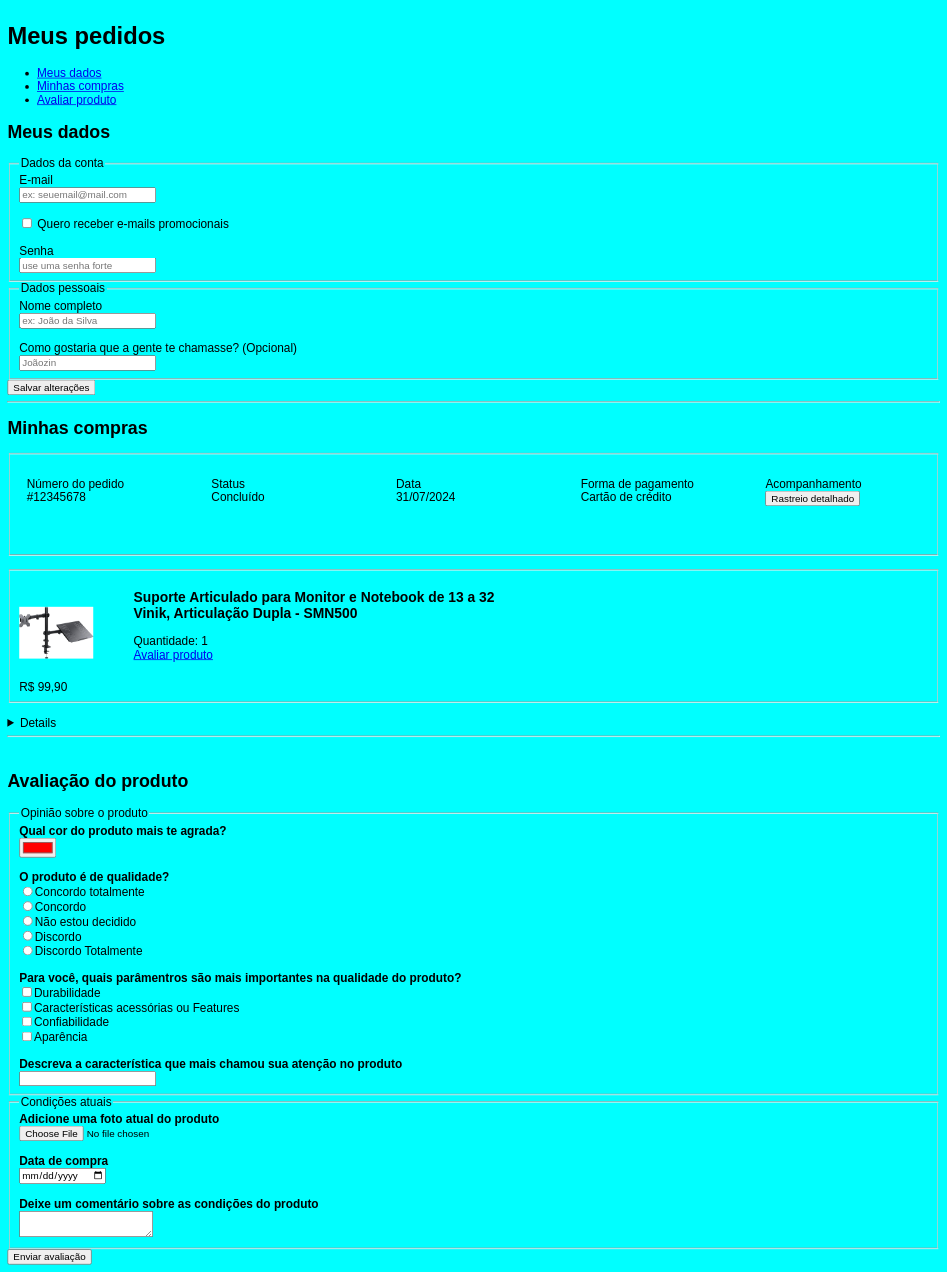
Repository: claudemir-camargo/site-compras
Page: index.html
An editor plug-in stored every save of this project. The page is shown before and after the next save, followed by the edit.
The browser window is 1280 px wide. The pictures show the whole page, at 74% of full size.

Above is the page before, as saved 2024-03-04 01:12:42.

After the next save:
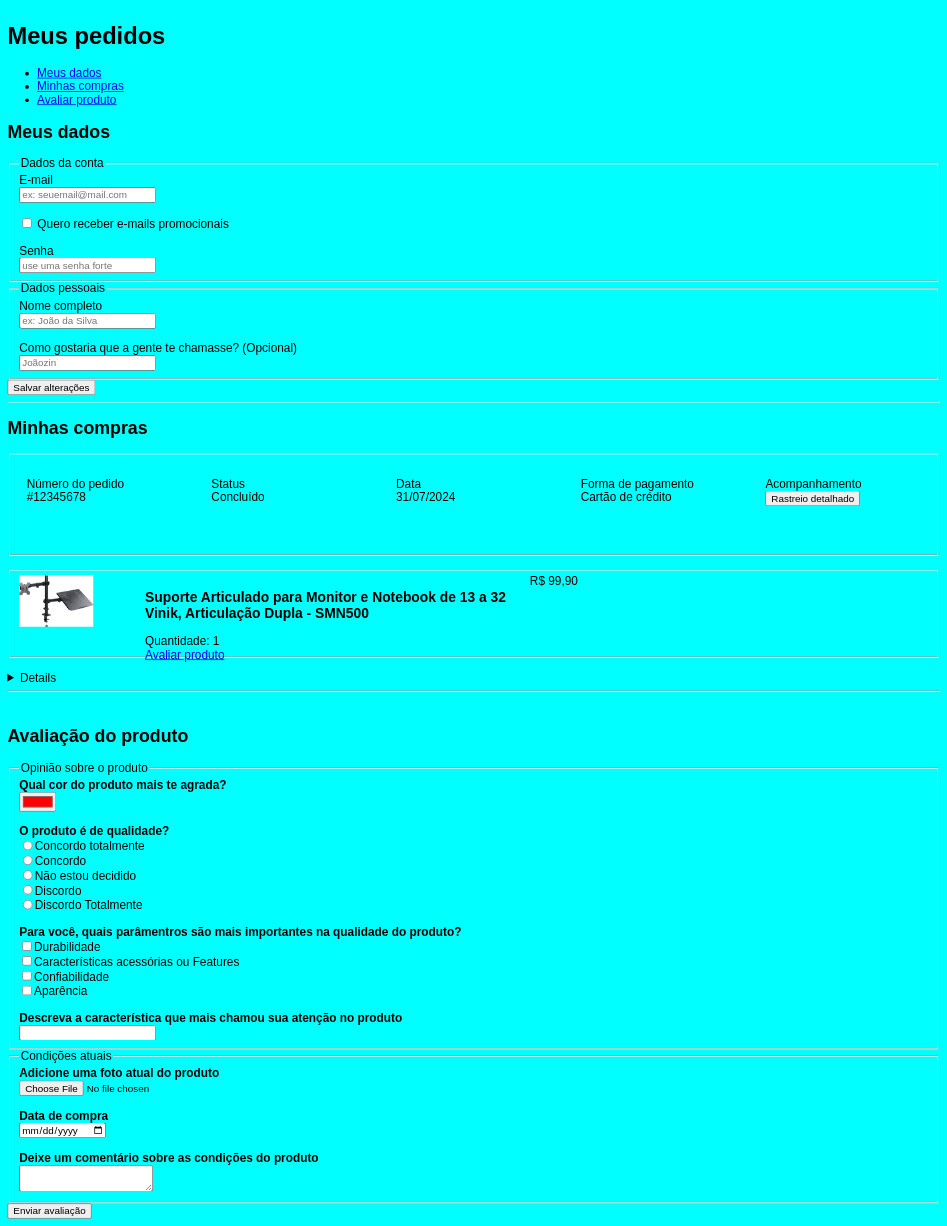
Saved 64 s later.
--- a/css/style.css
+++ b/css/style.css
@@ -16,7 +16,7 @@ body{
 .container {
     display: flex;
     gap: 20px;
-  }
+}
 
 #div1, #div2, #div3, #div4, #div5 {
     flex: 1;
@@ -24,6 +24,11 @@ body{
     height: 100px;
     display: inline-block;
     padding: 10px;
+}
+
+.container1 {
+    display: flex;
+    gap: 20px;
 }
 
 .imagem {
